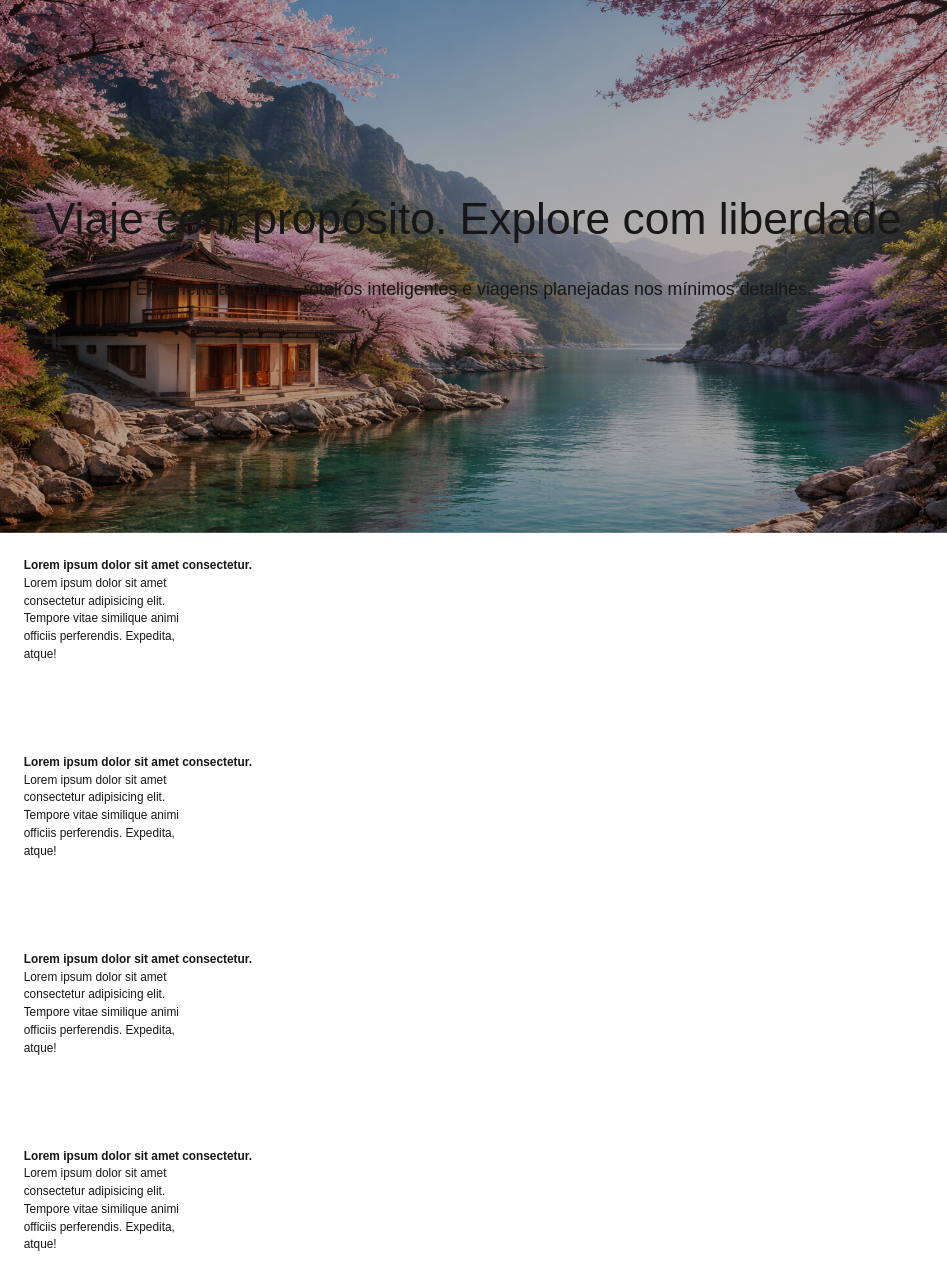
Repository: pedroantoniosi/tripicon-site
Page: /home
The author's editor kept a copy of each file at every save. The page is drawn from the files as they stood at one save, then again after the next save.
The browser window is 1280 px wide. The pictures show the whole page, at 74% of full size.
The project was rebuilt for these pictures with package versions that can differ from the ones it lists, and the page was loaded fresh each time. The framework's server and built-in components were replaced by stand-ins that run in the browser. Also part of the build but not shown: next.config.ts.

Above is the page before, as saved 2026-03-31 20:40:00.

### src/app/layout.tsx
import type { Metadata } from "next";
import { Geist, Geist_Mono } from "next/font/google";
import "./globals.css";

const geistSans = Geist({
  variable: "--font-geist-sans",
  subsets: ["latin"],
});

const geistMono = Geist_Mono({
  variable: "--font-geist-mono",
  subsets: ["latin"],
});

export const metadata: Metadata = {
  title: "Create Next App",
  description: "Generated by create next app",
};

export default function RootLayout({
  children,
}: Readonly<{
  children: React.ReactNode;
}>) {
  return (
    <html
      lang="en"
      className={`${geistSans.variable} ${geistMono.variable} h-full antialiased`}
    >
      <body className="min-h-full flex flex-col">{children}</body>
    </html>
  );
}

### src/app/home/page.tsx
import styles from "./page.module.css";

export default function Home() {
  return (
    <>
      <div className={styles.heroContainer}>
        <div className={`${styles.heroCaption} col gap-2`}>
          <h1 className="text-6xl text-center">
            {" "}
            Viaje com propósito. Explore com liberdade
          </h1>
          <p className="text-2xl text-center m-[3rem]">
            Experiências únicas, roteiros inteligentes e viagens planejadas nos
            mínimos detalhes.
          </p>
        </div>
      </div>
      <div className="grid grid-rows-[repeat(3,minmax(250px,1fr))] gap-4 p-[2rem]">
        {[1, 2, 3, 4].map((item) => (
          <div key={item} className="card">
            <img src="" alt="" />
            <div className="caption">
              <h2 className="font-bold">
          Lorem ipsum dolor sit amet consectetur.
              </h2>
              <p className="max-w-[250px]">
          Lorem ipsum dolor sit amet consectetur adipisicing elit. Tempore
          vitae similique animi officiis perferendis. Expedita, atque!
              </p>
            </div>
          </div>
        ))}

      </div>
    </>
  );
}

### src/app/globals.css
@import "tailwindcss";
@tailwind base;
@tailwind components;
@tailwind utilities;

:root {
  --background: #ffffff;
  --foreground: #171717;
}

@media (prefers-color-scheme: dark) {
  :root {
    --background: #0a0a0a;
    --foreground: #ededed;
  }
}

body {
  background: var(--background);
  color: var(--foreground);
  font-family: Arial, Helvetica, sans-serif;
}

### src/app/home/page.module.css
.heroContainer {
    padding: 1rem;
    position: relative;
    display: grid;
    place-items: center;
    z-index: 1;
    min-height: 50svh;

    &::after {
        content: ' ';
        position: absolute;
        width: 100%;
        height: 100%;
        left: 0;
        bottom: 0;
        background-image: url('/images/banner.png');
        background-size: cover;
        z-index: -1;
        filter: brightness(70%);
    }

    & .heroTitle {
        max-width: 1024px;
        text-align: center;
    }
}


@media (min-width: 1024px) {
    .heroContainer {
        padding: 2rem;
        min-height: 100vh;
    }

    .heroContainer .heroTitle {
        max-width: 1200px;
    }
}

After the next save:
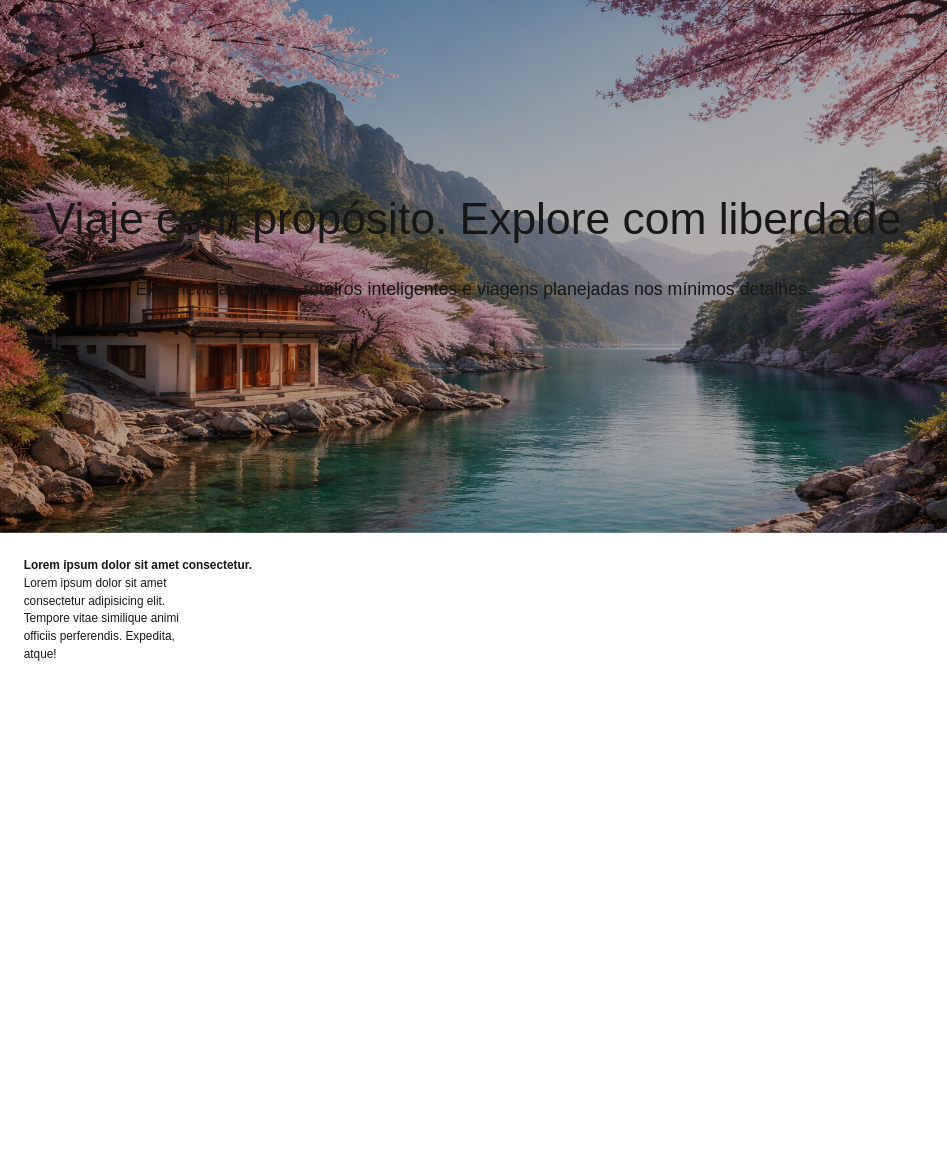
Saved 14 s later.
--- a/src/app/home/page.tsx
+++ b/src/app/home/page.tsx
@@ -16,21 +16,20 @@
         </div>
       </div>
       <div className="grid grid-rows-[repeat(3,minmax(250px,1fr))] gap-4 p-[2rem]">
-        {[1, 2, 3, 4].map((item) => (
+        {[4].map((item) => (
           <div key={item} className="card">
             <img src="" alt="" />
             <div className="caption">
               <h2 className="font-bold">
-          Lorem ipsum dolor sit amet consectetur.
+                Lorem ipsum dolor sit amet consectetur.
               </h2>
               <p className="max-w-[250px]">
-          Lorem ipsum dolor sit amet consectetur adipisicing elit. Tempore
-          vitae similique animi officiis perferendis. Expedita, atque!
+                Lorem ipsum dolor sit amet consectetur adipisicing elit. Tempore
+                vitae similique animi officiis perferendis. Expedita, atque!
               </p>
             </div>
           </div>
         ))}
-
       </div>
     </>
   );

After the save that followed:
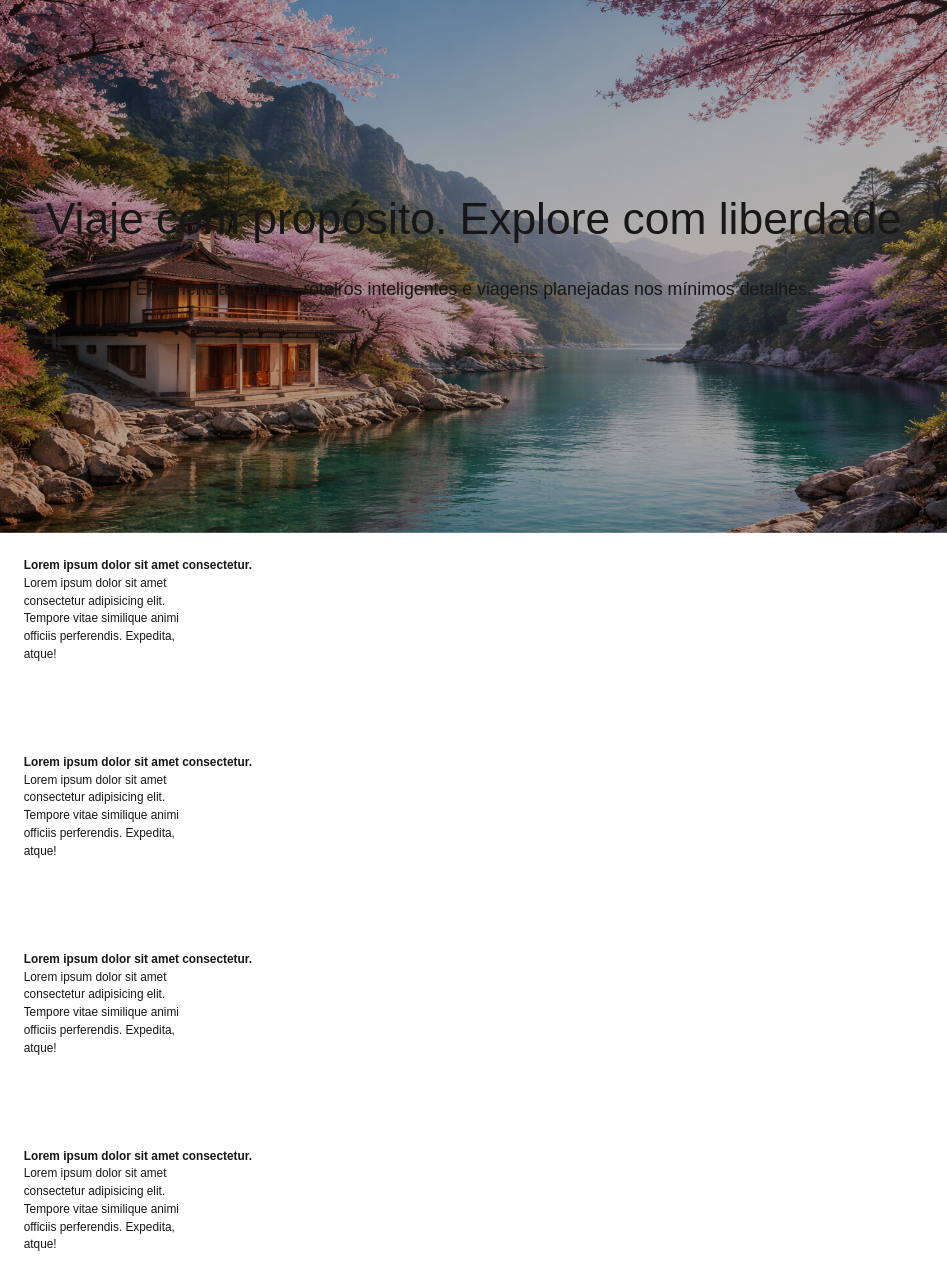
Saved 21 s later.
--- a/src/app/home/page.tsx
+++ b/src/app/home/page.tsx
@@ -16,20 +16,22 @@
         </div>
       </div>
       <div className="grid grid-rows-[repeat(3,minmax(250px,1fr))] gap-4 p-[2rem]">
-        {[4].map((item) => (
-          <div key={item} className="card">
+
+        {Array.from({ length: 4 }).map((_, index) => (
+          <div key={index} className="card">
             <img src="" alt="" />
             <div className="caption">
               <h2 className="font-bold">
-                Lorem ipsum dolor sit amet consectetur.
+          Lorem ipsum dolor sit amet consectetur.
               </h2>
               <p className="max-w-[250px]">
-                Lorem ipsum dolor sit amet consectetur adipisicing elit. Tempore
-                vitae similique animi officiis perferendis. Expedita, atque!
+          Lorem ipsum dolor sit amet consectetur adipisicing elit. Tempore
+          vitae similique animi officiis perferendis. Expedita, atque!
               </p>
             </div>
           </div>
         ))}
+
       </div>
     </>
   );
